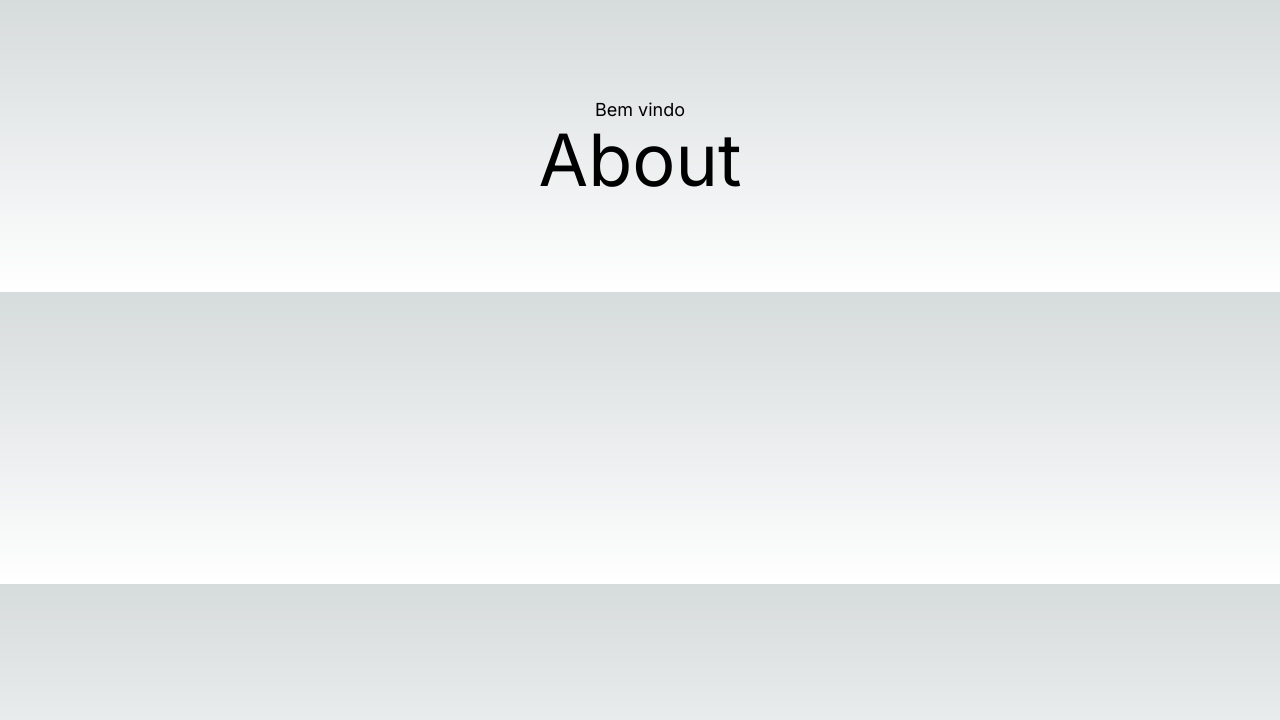
Repository: wellingtondevops/01-first-steps
Page: /about
An editor plug-in stored every save of this project. The page is shown before and after the next save, followed by the edit.
The browser window is 1280 px wide. The pictures show the whole page.
The project was rebuilt for these pictures with package versions that can differ from the ones it lists, and the page was loaded fresh each time. The framework's server and built-in components were replaced by stand-ins that run in the browser. Also part of the build but not shown: next.config.js.

Above is the page before, as saved 2025-07-12 17:14:21.

### app/layout.tsx
import type { Metadata } from 'next'
import { Inter } from 'next/font/google'
import './globals.css'

const inter = Inter({ subsets: ['latin'] })

export const metadata: Metadata = {
  title: 'My first App Next',
  description: 'Development Nextjs',
}

export default function RootLayout({
  children,
}: {
  children: React.ReactNode
}) {
  return (
    <html lang="en">
      <body className={inter.className}>{children}</body>
    </html>
  )
}

### app/(general)/layout.tsx
import {} from '@/components'
export default function GeneralLayout({
  children,
}: {
  children: React.ReactNode;
}) {
  return (
    <>
      <main className="flex flex-col items-center p-24">
        <span className="text-lg">Bem vindo</span>
        {children}
      </main>
    </>
  );
}

### app/(general)/about/page.tsx
export default function About() {
  return (
    <>
      <span className="text-7xl">About</span>
    </>
  );
}

### components/index.ts
export * from './navbar/Navbar'

### components/navbar/Navbar.tsx
export const Navbar = () => {
  return (
    <nav className="flex bg-bue-80 bg-opacity-30 p-2 m-2 rounded">
        <span>Home</span>
    </nav>
  )
};

Loaded but not shown: app/globals.css (common file); tailwind.config.ts (common file)

After the next save:
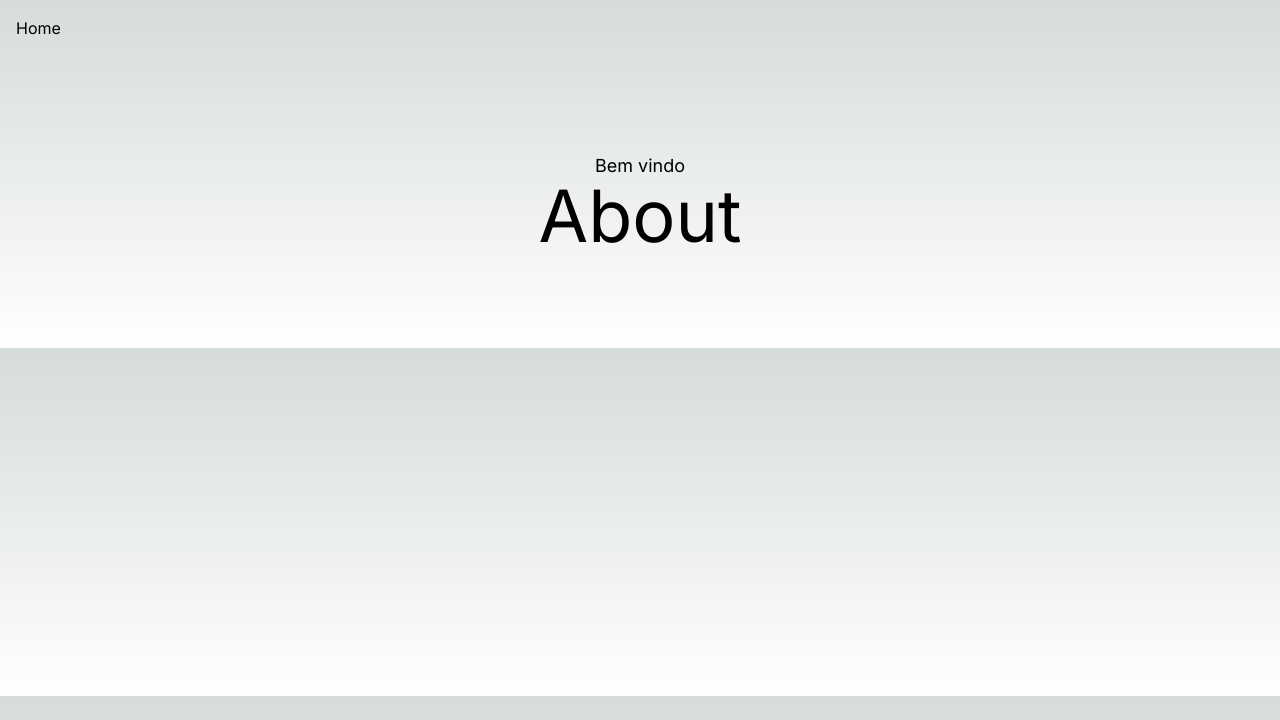
Saved 12 s later.
--- a/app/(general)/layout.tsx
+++ b/app/(general)/layout.tsx
@@ -1,4 +1,4 @@
-import {} from '@/components'
+import {Navbar} from '@/components'
 export default function GeneralLayout({
   children,
 }: {
@@ -6,6 +6,7 @@ export default function GeneralLayout({
 }) {
   return (
     <>
+      <Navbar />
       <main className="flex flex-col items-center p-24">
         <span className="text-lg">Bem vindo</span>
         {children}
